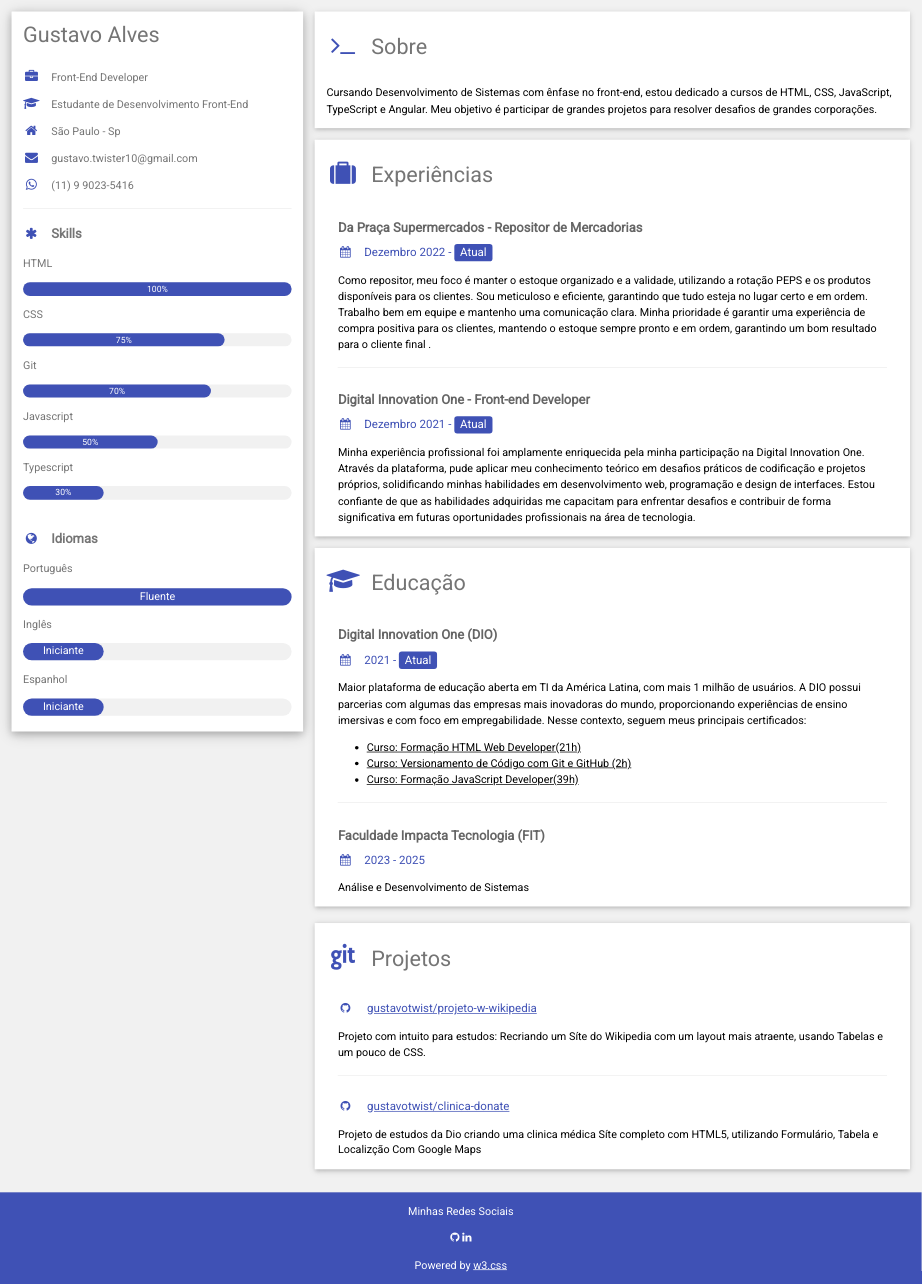
Repository: gustavotwist/cv
Page: index.html
These files come from the project's save history. The page is drawn as it stood at one moment and after a run of saves; the edit follows.
The browser window is 1280 px wide. The pictures show the whole page, at 72% of full size.

Above is the page before, as saved 2024-06-23 20:59:57.

After the next 2 saves:
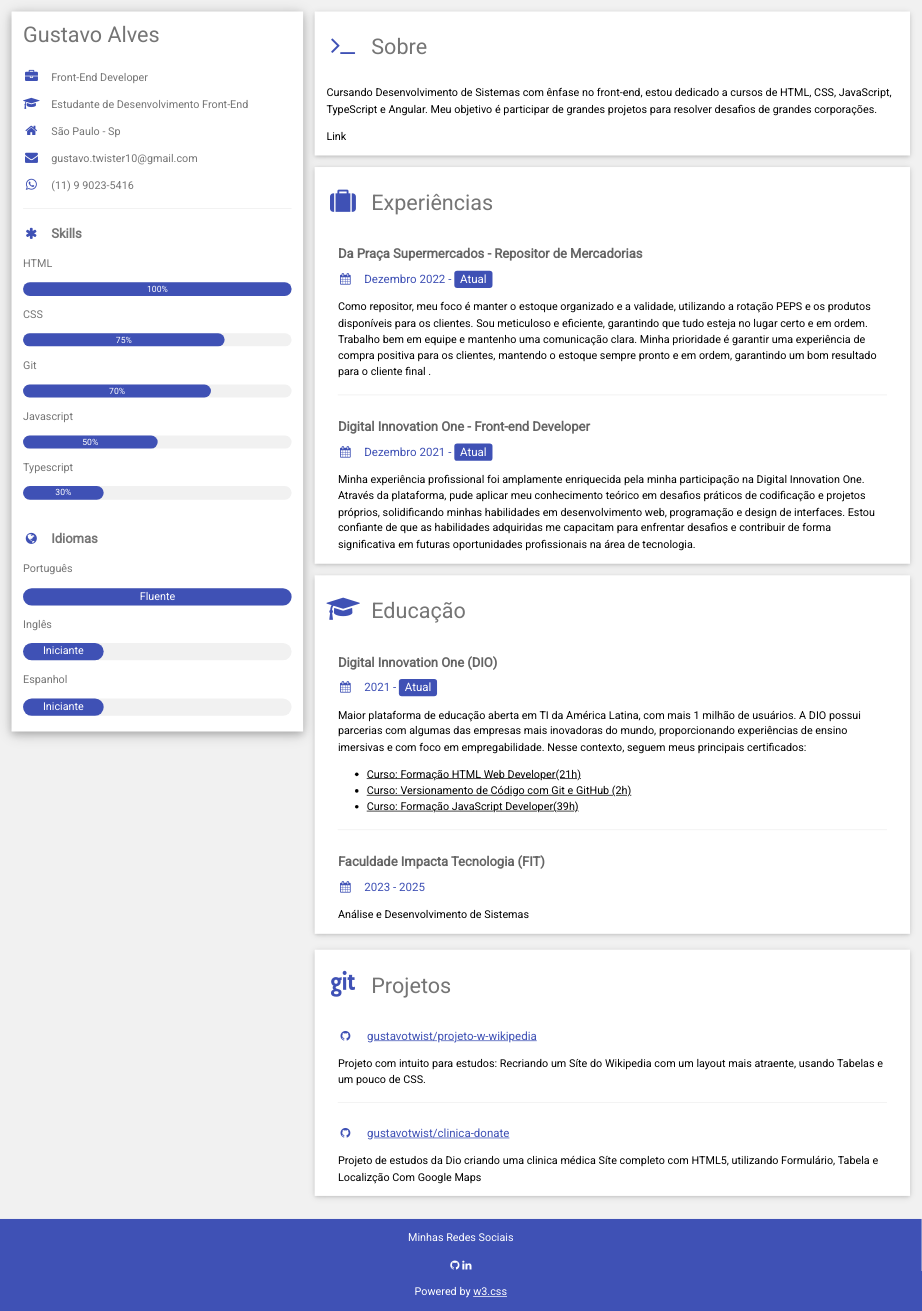
The 2 saves are shown as one change because they came seconds apart.
The last was saved 5 s later.
--- a/index.html
+++ b/index.html
@@ -95,7 +95,7 @@
           <div class="w3-container w3-card w3-white w3-margin-bottom">
             <h2 class="w3-text-grey w3-padding-16"><i class="fa fa-terminal fa-fw w3-margin-right w3-xxlarge w3-text-indigo"></i>Sobre</h2>
             <p>Cursando Desenvolvimento de Sistemas com ênfase no front-end, estou dedicado a cursos de HTML, CSS, JavaScript, TypeScript e Angular. Meu objetivo é participar de grandes projetos para resolver desafios de grandes corporações.</p>
-            <p></p>
+            <p>Link</p>
           </div>
 
           <div class="w3-container w3-card w3-white w3-margin-bottom">
